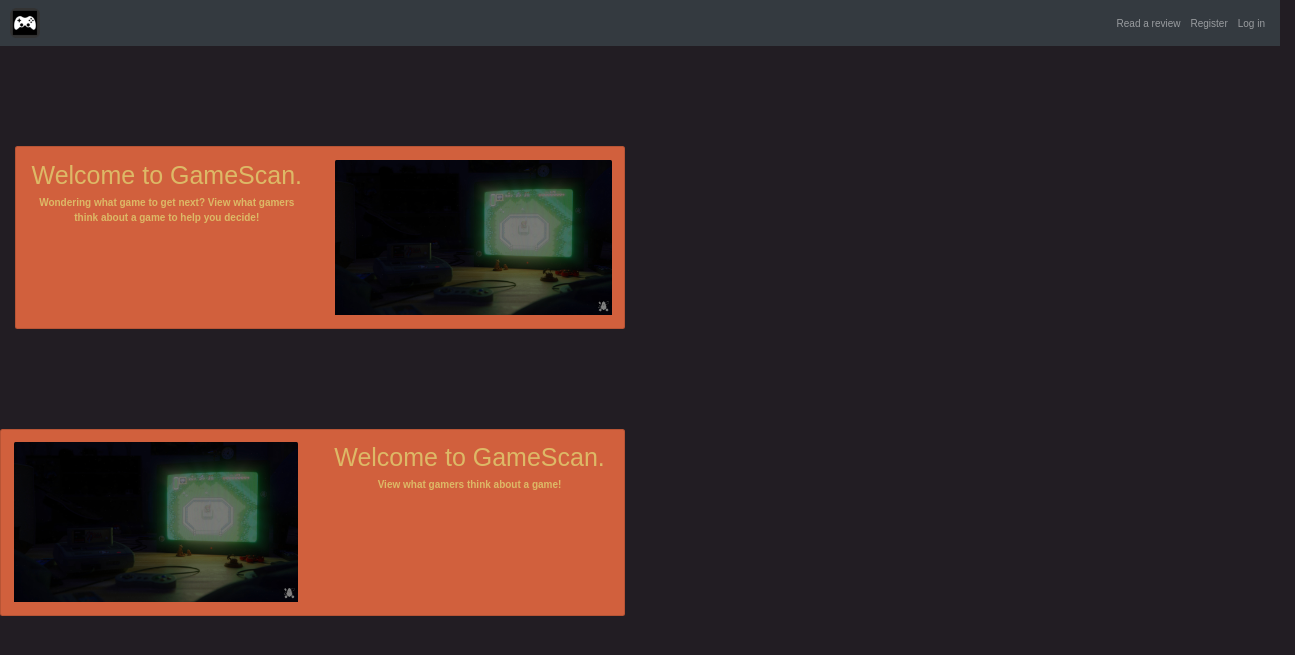
Repository: amit238/milestone-project-3
Page: http://localhost/
The author's editor kept a record of every edit. The page is drawn from the files as they stood at one moment, then again after the next edit.
The browser window is 1280 px wide. The page is 1295 px wide, so the pictures cover 1295 px, including what lies to the right of the window. The pictures show the whole page.
Some web libraries are served in a nearby version. The page is served by the project's application, run on Flask 3 (app.py). Other server files are loaded and not shown.

Above is the page before.

### templates/index.html
{% extends "base.html" %} {% block nav_index %}active{% endblock %} {% block content %}
<div class="container-fluid">
    <div class="row card-position">
        <div class="col-sm-6">
            <div class="card bg-color">
                <div class="card-body">
                    <div class="row">
                        <div class="col-6">
                            <h1 class="title">Welcome to GameScan.</h1>
                            <span class="title"><strong>Wondering what game to get next? View what gamers think about a game to help you decide!</strong></span>
                        </div>
                        <div class="col-6 image-right">
                            <img class="card-img-top" src="static/img/night.jpg" alt="Gaming at night">
                        </div>
                    </div>
                </div>
            </div>
        </div>
            <div class="row card-position">
        <div class="col-sm-6">
            <div class="card bg-color">
                <div class="card-body">
                    <div class="row">
                        <div class="col-6 image-left">
                            <img class="card-img-top" src="static/img/night.jpg" alt="Gaming at night">
                        </div>
                        <div class="col-6">
                            <h1 class="title">Welcome to GameScan.</h1>
                            <span class="title"><strong>View what gamers think about a game!</strong></span>
                        </div>
                    </div>
                </div>
            </div>
        </div>
    </div>
    </div>
</div>
{% endblock %}

### templates/base.html
<!DOCTYPE html>
<html lang="en">

<head>
  <meta charset="UTF-8">
  <meta name="viewport" content="width=device-width, initial-scale=1.0">
  <meta http-equiv="X-UA-Compatible" content="ie=edge"> {% if title %}
  <title>GameScan - {{ title }} </title>
  {% else %}
  <title>Welcome to GameScan!</title>
  {% endif %}
  <link rel="stylesheet" href="https://maxcdn.bootstrapcdn.com/bootstrap/4.2.1/css/bootstrap.min.css" type="text/css" />
  <link rel="stylesheet" href="https://use.fontawesome.com/releases/v5.0.10/css/all.css" integrity="sha384-+d0P83n9kaQMCwj8F4RJB66tzIwOKmrdb46+porD/OvrJ+37WqIM7UoBtwHO6Nlg" crossorigin="anonymous">
  <link rel="stylesheet" href="{{url_for('static', filename='css/style.css')}}" type="text/css" />
  <link rel="shortcut icon" type="image/ico" href="{{ url_for('static', filename='img/favicon.ico') }}" />
</head>

<body>
  <header>
    <nav class="navbar navbar-expand-lg navbar-dark bg-dark ">
      <a class="navbar-brand" href="{{ url_for('index') }}">
       <img src="{{ url_for('static', filename='img/favicon.ico') }}" width="30" height="30" alt="">
  </a>
      <button class="navbar-toggler" type="button" data-toggle="collapse" data-target="#navbarNavAltMarkup" aria-controls="navbarNavAltMarkup" aria-expanded="false" aria-label="Toggle navigation">
    <span class="navbar-toggler-icon"></span>
  </button>
      <div class="collapse navbar-collapse" id="navbarNavAltMarkup">
        <div class="navbar-nav ml-auto">
          {% if session['logged_in'] == True %}
          <a class="nav-item nav-link" href="{{ url_for('reviews') }}">Read a review</a>
          <a class="nav-item nav-link" href="{{ url_for('addreview') }}">Create a review</a>
          <a class="nav-item nav-link" href="{{ url_for('logout') }}">Sign Out</a>
          {% else %}
          <a class="nav-item nav-link" href="{{ url_for('reviews') }}">Read a review</a>
          <a class="nav-item nav-link" href="{{ url_for('register') }}">Register</a>
          <a class="nav-item nav-link" href="{{ url_for('login') }}">Log in</a>
          {% endif %}
        </div>
      </div>
    </nav>
    {% block content %} {% endblock %}
  </header>
  <script src="https://code.jquery.com/jquery-3.5.1.js" integrity="sha256-QWo7LDvxbWT2tbbQ97B53yJnYU3WhH/C8ycbRAkjPDc=" crossorigin="anonymous"></script>
  <script src="https://cdnjs.cloudflare.com/ajax/libs/popper.js/1.14.6/umd/popper.min.js" integrity="sha384-wHAiFfRlMFy6i5SRaxvfOCifBUQy1xHdJ/yoi7FRNXMRBu5WHdZYu1hA6ZOblgut" crossorigin="anonymous"></script>
  <script src="https://stackpath.bootstrapcdn.com/bootstrap/4.2.1/js/bootstrap.min.js" integrity="sha384-B0UglyR+jN6CkvvICOB2joaf5I4l3gm9GU6Hc1og6Ls7i6U/mkkaduKaBhlAXv9k" crossorigin="anonymous"></script>
</body>

</html>

### app.py
import os
if os.path.exists("env.py"):
  import env
from flask import Flask, render_template, redirect, request, url_for, flash, session
from forms import LoginForm, RegisterForm, ReviewGameForm
from flask_pymongo import PyMongo
from bson.objectid import ObjectId
import bcrypt

app = Flask(__name__)
app.config["MONGO_DBNAME"] = 'game_scan'
app.config["MONGO_URI"] = os.environ.get('MONGO_URI')

mongo = PyMongo(app)

SECRET_KEY = os.urandom(32)
app.config['SECRET_KEY'] = SECRET_KEY



@app.route('/reviews')
def reviews():
    return render_template('reviews.html', title="Read a review!", game_reviews=mongo.db.game_reviews.find())



@app.route('/')
def index():
    return render_template('index.html', title="Home")

# Adding Log in

@app.route('/login', methods=['GET', 'POST'])
def login():
    """Login handler"""
    if session.get('logged_in'):
        if session['logged_in'] is True:
            return redirect(url_for('index', title="Log In"))

    form = LoginForm()

    if form.validate_on_submit():
        # get all users
        users = mongo.db.users
        # try and get one with same name as entered
        db_user = users.find_one({'name': request.form['username']})

        if db_user:
            # check password using hashing
            if bcrypt.hashpw(request.form['password'].encode('utf-8'),
                             db_user['password']) == db_user['password']:
                session['username'] = request.form['username']
                session['logged_in'] = True
                # successful redirect to home logged in
                return redirect(url_for('index', title="Sign In", form=form))
            # must have failed set flash message
            flash('Invalid username/password combination')
    return render_template("login.html", title="Sign In", form=form)


@app.route('/logout')
def logout():
    """Clears session and redirects to home"""
    session.clear()
    return redirect(url_for('index'))

# Adding in Register form

@app.route('/register', methods=['GET', 'POST'])
def register():
    """Handles registration functionality"""
    form = RegisterForm(request.form)
    if form.validate_on_submit():
        # get all the users
        users = mongo.db.users
        # see if we already have the entered username
        existing_user = users.find_one({'name': request.form['username']})

        if existing_user is None:
            # hash the entered password
            hash_pass = bcrypt.hashpw(request.form['password'].encode('utf-8'), bcrypt.gensalt())
            # insert the user to DB
            users.insert_one({'name': request.form['username'],
                          'password': hash_pass,
                          'email': request.form['email']})
            session['username'] = request.form['username']
            return redirect(url_for('index'))
        # duplcate username set flash message and reload page
        flash('Sorry, that username is already taken - use another')
        return redirect(url_for('register'))
    return render_template('register.html', title='Register', form=form)

# Adding a review

@app.route('/addreview', methods=['GET', 'POST'])
def addreview():

# If user is not logged in a message will appear

    if 'logged_in' not in session:
        flash('To add a review you need to sign in', 'warning')
        return redirect(url_for('login'))

# If form submits successfully

    form = ReviewGameForm()
    if form.validate_on_submit():
        game_reviews=mongo.db.game_reviews


        # add form content to db as a new record
        game_reviews.insert_one({
            'user_created': request.form['user_created'],
            'name': request.form['name'],
            'genre': request.form['genre'],
            'rating': request.form['rating'],
            'description': request.form['description'],
            })

        flash('Your Review has been added ', 'success')

        # send to my reviews template on successful add
        return redirect(url_for('reviews'))

    return render_template('addreview.html', form=form,
                           title='Add a Review')



if __name__ == '__main__':
    app.run(host=os.environ.get('IP'),
            port=int(os.environ.get('PORT')),
            debug=True)

### static/css/style.css
html {
  font-size: 10px;
}
body {
  padding: 0;
  margin: 0;
  background-color: #221D23;
  font-family: "Comic Sans MS", cursive, sans-serif;
}

/*----Navbar----*/

/*----Homepage----*/

.addreview-form {
  background-color: #D1603D;
}

.card-position {
  text-align: center;
  padding-top: 10em;
}

.bg-color {
  background-color: #D1603D;
}

.title {
  color: #DDB967;
}

/*----Add Review----*/

.centre-header {
  text-align: center;
}


/*----Register----*/

After the next edit:
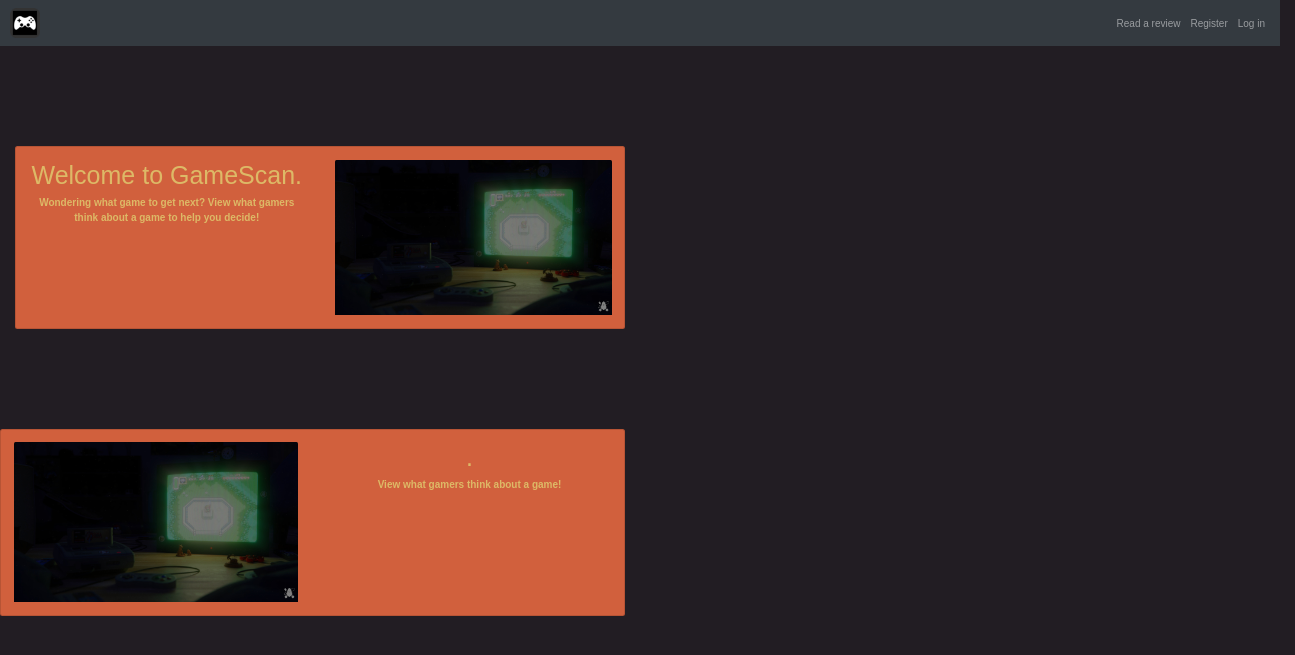
The edit:
--- a/templates/index.html
+++ b/templates/index.html
@@ -25,7 +25,7 @@
                             <img class="card-img-top" src="static/img/night.jpg" alt="Gaming at night">
                         </div>
                         <div class="col-6">
-                            <h1 class="title">Welcome to GameScan.</h1>
+                            <h1 class="title">.</h1>
                             <span class="title"><strong>View what gamers think about a game!</strong></span>
                         </div>
                     </div>
